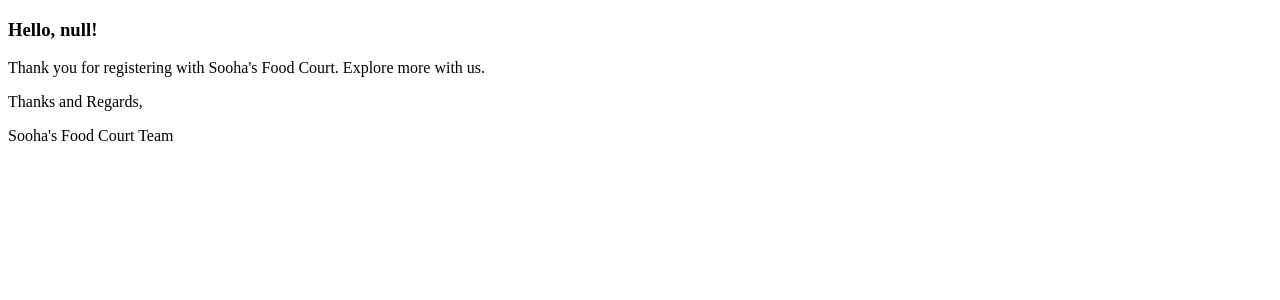
Repository: somasekharpulicherla/App_Ecommerce
Page: http://localhost/emailTemplate
These files come from the project's save history. The page is drawn as it stood at one moment and after the next save; the edit follows.
The browser window is 1280 px wide. The pictures show the whole page.
The page is this project's Thymeleaf template; nobody is signed in. The template is opened directly, without the code that normally fills it, so the values that code supplies are empty.

Above is the page before, as saved 2024-06-16 11:04:30.

### AppEcommerce/AppEcommerce/src/main/resources/templates/emailTemplate.html
<!DOCTYPE html>
<html xmlns:th="http://www.thymeleaf.org">
<head>
    <title>Email Template</title>
</head>
<body>
    <h3 th:text="'Hello, ' + ${name} + '!'"></h3>
    <p>Thank you for registering with Sooha's Food Court. Explore more with us.</p>

    <p>Thanks and Regards,</p>
    <p>Sooha's Food Court Team</p>
</body>
</html>

After the next save:
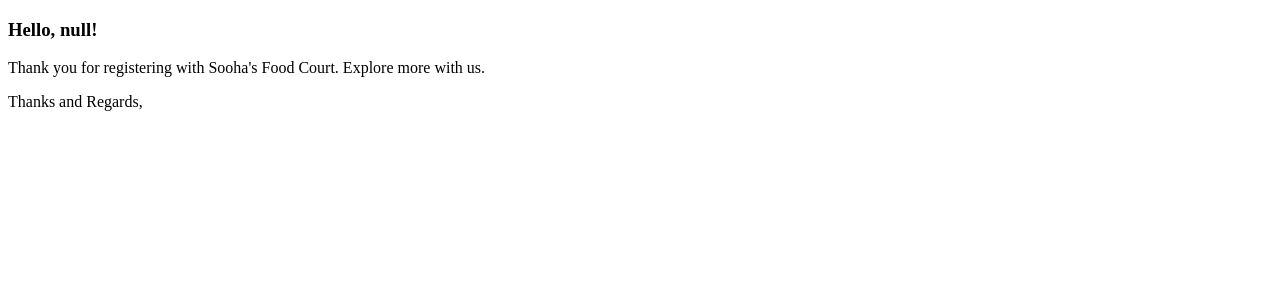
Saved 12 s later.
--- a/AppEcommerce/AppEcommerce/src/main/resources/templates/emailTemplate.html
+++ b/AppEcommerce/AppEcommerce/src/main/resources/templates/emailTemplate.html
@@ -8,6 +8,6 @@
     <p>Thank you for registering with Sooha's Food Court. Explore more with us.</p>
 
     <p>Thanks and Regards,</p>
-    <p>Sooha's Food Court Team</p>
+    <p></p>
 </body>
 </html>
